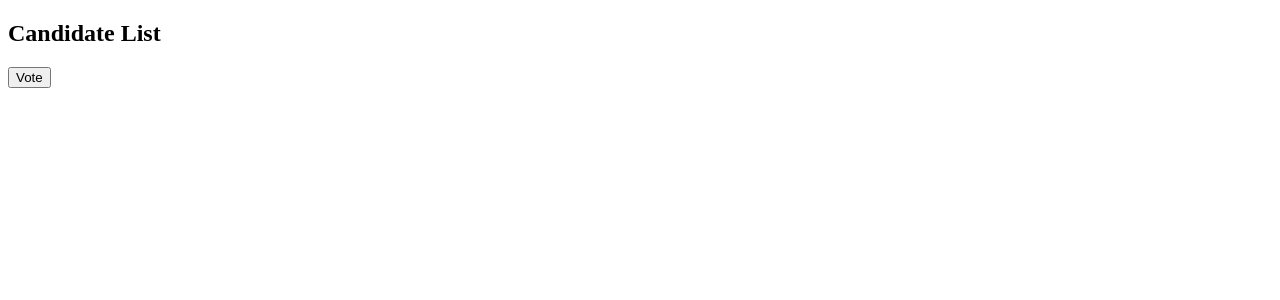
Repository: sunbeam-modular/IIT-08-B-Java
Page: http://localhost/demo02/candlist.jsp
These files come from the project's save history. The page is drawn as it stood at one moment and after the next save; the edit follows.
The browser window is 1280 px wide. The pictures show the whole page.
The page is served by Tomcat 9. Other server files are loaded and not shown. Queries for data that is not in the repository find no rows.

Above is the page before, as saved 2025-12-25 04:29:20.

### Day09/codes/day4/demo02/src/main/webapp/candlist.jsp
<%@ page language="java" contentType="text/html; charset=UTF-8"
    pageEncoding="UTF-8"%>
<%@ taglib prefix = "c" uri = "http://java.sun.com/jsp/jstl/core" %>
<!DOCTYPE html>
<html>
<head>
<meta charset="UTF-8">
<title>Insert title here</title>
</head>
<body>
<h2>Candidate List</h2>

<jsp:useBean id="lb" class = "com.sunbeam.beans.LoginBean" scope = "session"/>

<jsp:useBean id="clb" class = "com.sunbeam.beans.CandidateListBean"/>
${clb.fetchCandidates()}
<form method = "post" action = "vote.jsp">
<c:forEach var="c" items="${clb.candidateList}">
	<input type = "radio" name = "candidate" value = "${c.id}"/> ${c.name} - ${c.party}<br/>
</c:forEach>
<input type = "submit" value = "Vote"/>
</form>
</body>
</html>

### Day09/codes/day4/demo02/src/main/java/com/sunbeam/beans/LoginBean.java
package com.sunbeam.beans;

import com.sunbeam.daos.UserDao;
import com.sunbeam.daos.UserDaoImpl;
import com.sunbeam.pojos.User;

public class LoginBean {
	private String email;
	private String passwd;
	private User user;
	public LoginBean() {
		// TODO Auto-generated constructor stub
	}
	public String getEmail() {
		return email;
	}
	public void setEmail(String email) {
		this.email = email;
	}
	public String getPasswd() {
		return passwd;
	}
	public void setPasswd(String passwd) {
		this.passwd = passwd;
	}
	public User getUser() {
		return user;
	}
	public void setUser(User user) {
		this.user = user;
	}
	public void authenticate( ) {
		try(UserDao userDao = new UserDaoImpl()){
			User dbUser = userDao.findByEmail(email);
			if(dbUser!=null && dbUser.getPasswd().equals(passwd)) {
				this.user = dbUser;
			}
			else {
				this.user = null;
			}
		}
		catch (Exception e) {
			e.printStackTrace();
		}
	}
}

### Day09/codes/day4/demo02/src/main/java/com/sunbeam/daos/UserDao.java
package com.sunbeam.daos;

import java.util.List;

import com.sunbeam.pojos.User;

public interface UserDao extends AutoCloseable {
	User findByEmail(String email) throws Exception;
	User findById(int userId) throws Exception;
	List<User> findAll() throws Exception;
	int save(User u) throws Exception;
	int update(User u) throws Exception;
	int deleteById(int userId) throws Exception;
}

### Day09/codes/day4/demo02/src/main/java/com/sunbeam/beans/CandidateListBean.java
package com.sunbeam.beans;

import java.util.List;

import com.sunbeam.daos.CandidateDao;
import com.sunbeam.daos.CandidateDaoImpl;
import com.sunbeam.pojos.Candidate;

public class CandidateListBean {
	private List<Candidate> candidateList;
	public CandidateListBean() {
		// TODO Auto-generated constructor stub
	}
	public List<Candidate> getCandidateList() {
		return candidateList;
	}
	public void setCandidateList(List<Candidate> candidateList) {
		this.candidateList = candidateList;
	}
	public void fetchCandidates( ) {
		try(CandidateDao candDao = new CandidateDaoImpl()){
			this.candidateList = candDao.findAll();
		}
		catch (Exception e) {
			e.printStackTrace();
		}
	}

}

### Day09/codes/day4/demo02/src/main/java/com/sunbeam/daos/CandidateDao.java
package com.sunbeam.daos;

import java.util.List;

import com.sunbeam.pojos.Candidate;

public interface CandidateDao extends AutoCloseable {
	List<Candidate> findAll() throws Exception;
	Candidate findById(int id) throws Exception;
	int save(Candidate c) throws Exception;
	int update(Candidate c) throws Exception;
	int deleteById(int id) throws Exception;
	int incrVote(int candId) throws Exception;
}

### Day09/codes/day4/demo02/src/main/java/com/sunbeam/daos/Dao.java
package com.sunbeam.daos;

import java.sql.Connection;

import com.sunbeam.util.DbUtil;

public class Dao implements AutoCloseable {
	protected Connection con;

	public Dao() throws Exception {
		// create new connection
		con = DbUtil.getConnection();
	}

	@Override
	public void close() throws Exception {
		// close the connection
		if(con != null)
			con.close();
	}
}

### Day09/codes/day4/demo02/src/main/java/com/sunbeam/daos/CandidateDaoImpl.java
/**
 * Course: Advanced Computing (DAC) @ Sunbeam Infotech
 * Author: Nilesh Ghule <nilesh@sunbeaminfo.com>
 * Date: Nov 5, 2024
 */

package com.sunbeam.daos;

import java.sql.PreparedStatement;
import java.sql.ResultSet;
import java.util.ArrayList;
import java.util.List;

import com.sunbeam.pojos.Candidate;

public class CandidateDaoImpl extends Dao implements CandidateDao {
	private PreparedStatement stmtFindAll;
	private PreparedStatement stmtFindById;
	private PreparedStatement stmtSave;
	private PreparedStatement stmtUpdate;
	private PreparedStatement stmtDeleteById;
	private PreparedStatement stmtIncrVote;

	public CandidateDaoImpl() throws Exception {
		String sqlFindAll = "SELECT * FROM candidates";
		stmtFindAll = con.prepareStatement(sqlFindAll);
		String sqlFindById = "SELECT * FROM candidates WHERE id = ?";
		stmtFindById = con.prepareStatement(sqlFindById);
		String sqlSave = "INSERT INTO candidates(name, party, votes) VALUES(?, ?, ?)";
		stmtSave = con.prepareStatement(sqlSave);
		String sqlUpdate = "UPDATE candidates SET name=?, party=?, votes=? WHERE id=?";
		stmtUpdate = con.prepareStatement(sqlUpdate);
		String sqlDeleteById = "DELETE FROM candidates WHERE id=?";
		stmtDeleteById = con.prepareStatement(sqlDeleteById);
		String sqlIncrVote = "UPDATE candidates SET votes = votes + 1 WHERE id = ?";
		stmtIncrVote = con.prepareStatement(sqlIncrVote);
	}
	public void close() throws Exception {
		stmtIncrVote.close();
		stmtDeleteById.close();
		stmtUpdate.close();
		stmtSave.close();
		stmtFindById.close();
		stmtFindAll.close();
		super.close();
	}
	public List<Candidate> findAll() throws Exception {
		List<Candidate> list = new ArrayList<Candidate>();
		try(ResultSet rs = stmtFindAll.executeQuery()) {
			while(rs.next()) {
				int id = rs.getInt("id");
				String name = rs.getString("name");
				String party = rs.getString("party");
				int votes = rs.getInt("votes");
				Candidate c = new Candidate(id, name, party, votes);
				list.add(c);
			}
		} // rs.close();
		return list;
	}

	public Candidate findById(int id) throws Exception {
		stmtFindById.setInt(1, id);
		try(ResultSet rs = stmtFindById.executeQuery()) {
			if(rs.next()) {
				id = rs.getInt("id");
				String name = rs.getString("name");
				String party = rs.getString("party");
				int votes = rs.getInt("votes");
				Candidate c = new Candidate(id, name, party, votes);
				return c;
			}
		} // rs.close();
		return null;
	}

	public int save(Candidate c) throws Exception {
		stmtSave.setString(1, c.getName());
		stmtSave.setString(2, c.getParty());
		stmtSave.setInt(3, c.getVotes());
		int count = stmtSave.executeUpdate();
		return count;
	}

	public int update(Candidate c) throws Exception {
		stmtUpdate.setString(1, c.getName());
		stmtUpdate.setString(2, c.getParty());
		stmtUpdate.setInt(3, c.getVotes());
		stmtUpdate.setInt(4, c.getId());
		int count = stmtUpdate.executeUpdate();
		return count;
	}

	public int deleteById(int id) throws Exception {
		stmtDeleteById.setInt(1, id);
		int count = stmtDeleteById.executeUpdate();
		return count;
	}

	@Override
	public int incrVote(int candId) throws Exception {
		stmtIncrVote.setInt(1, candId);
		int count = stmtIncrVote.executeUpdate();
		return count;
	}
}

### Day09/codes/day4/demo02/src/main/java/com/sunbeam/util/DbUtil.java
package com.sunbeam.util;

import java.sql.Connection;
import java.sql.DriverManager;

public class DbUtil {
	private static final String DB_DRIVER = "com.mysql.cj.jdbc.Driver";
	private static final String DB_URL = "jdbc:mysql://localhost:3306/test";
	private static final String DB_USER = "root";
	private static final String DB_PASSWD = "manager";

	static {
		try {
			// load and register driver
			Class.forName(DB_DRIVER);
		} catch (Exception e) {
			e.printStackTrace();
			System.exit(1);
		}
	}

	public static Connection getConnection() throws Exception {
		Connection con = DriverManager.getConnection(DB_URL, DB_USER, DB_PASSWD);
		return con;
	}
}

### Day09/codes/day4/demo02/src/main/java/com/sunbeam/pojos/Candidate.java
package com.sunbeam.pojos;

import lombok.AllArgsConstructor;
import lombok.Data;

@AllArgsConstructor
@Data
public class Candidate {
	private int id;
	private String name;
	private String party;
	private int votes;
}

### Day09/codes/day4/demo02/src/main/java/com/sunbeam/pojos/User.java
package com.sunbeam.pojos;

import java.sql.Date;

import lombok.AllArgsConstructor;
import lombok.Data;
import lombok.Getter;
import lombok.NoArgsConstructor;
import lombok.Setter;
import lombok.ToString;

@AllArgsConstructor
@Data // @Getter @Setter @RequiredArgsConstructor @ToString @EqualsAndHashCode.
public class User {
	private int id;
	private String firstName;
	private String lastName;
	private String email;
	private String passwd;
	private Date birth;
	private boolean status;
	private String role;
	// constructor
	// getters/setters
	// param constructor
	// toString()
}

After the next save:
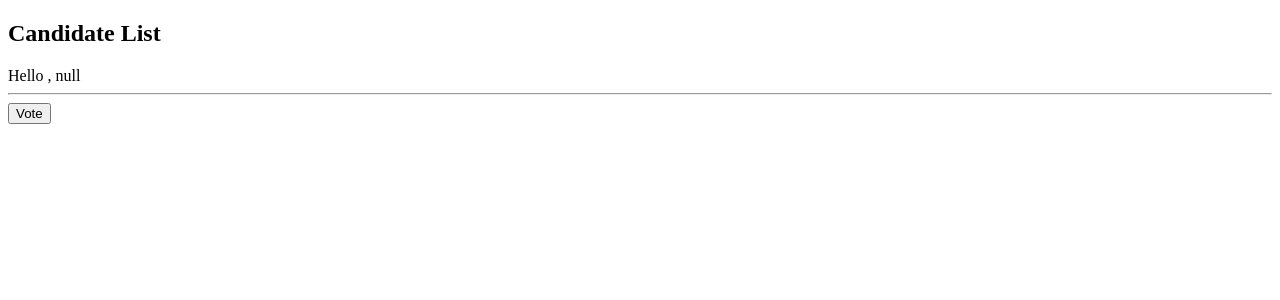
Saved 22 s later.
--- a/Day09/codes/day4/demo02/src/main/webapp/candlist.jsp
+++ b/Day09/codes/day4/demo02/src/main/webapp/candlist.jsp
@@ -12,6 +12,9 @@
 
 <jsp:useBean id="lb" class = "com.sunbeam.beans.LoginBean" scope = "session"/>
 
+Hello , <jsp:getProperty name = "lb" property="email"/>
+<hr/>
+
 <jsp:useBean id="clb" class = "com.sunbeam.beans.CandidateListBean"/>
 ${clb.fetchCandidates()}
 <form method = "post" action = "vote.jsp">
